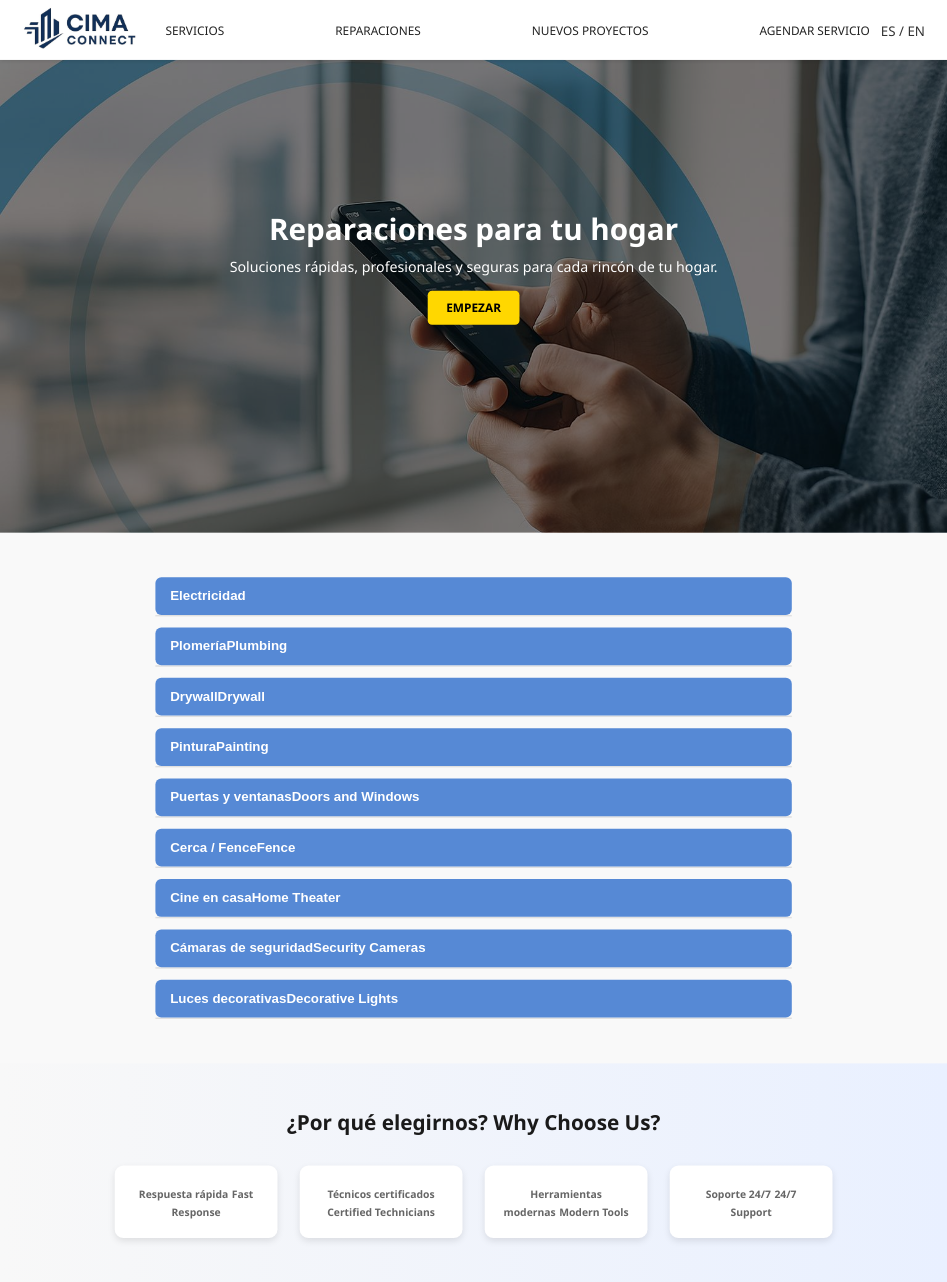
Repository: medranokaren/cima-connect
Page: reparaciones.html
These files come from the project's save history. The page is drawn as it stood at one moment and after the next save; the edit follows.
The browser window is 1280 px wide. The pictures show the whole page, at 74% of full size.

Above is the page before, as saved 2025-07-28 20:10:14.

After the next save:
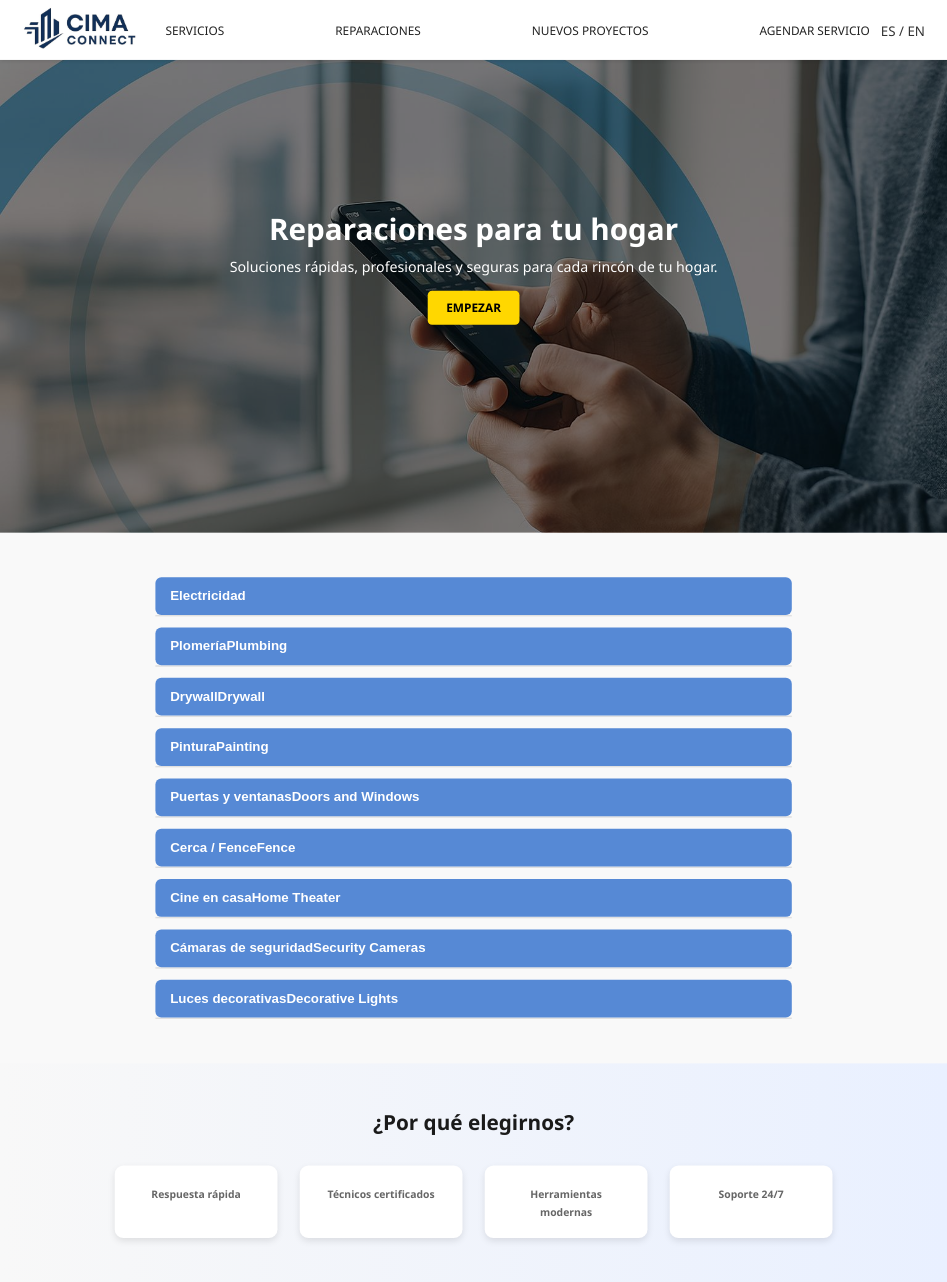
Saved 3 min 52 s later.
--- a/reparaciones.html
+++ b/reparaciones.html
@@ -169,35 +169,35 @@
 <section class="why-choose">
   <h2>
     <span class="es">¿Por qué elegirnos?</span>
-    <span class="en">Why Choose Us?</span>
+    <span class="en" style="display: none;">Why Choose Us?</span>
   </h2>
   <div class="features">
     <div class="feature-box">
       <i class="fas fa-bolt"></i>
       <h3>
         <span class="es">Respuesta rápida</span>
-        <span class="en">Fast Response</span>
+        <span class="en" style="display: none;">Fast Response</span>
       </h3>
     </div>
     <div class="feature-box">
       <i class="fas fa-user-hard-hat"></i>
       <h3>
         <span class="es">Técnicos certificados</span>
-        <span class="en">Certified Technicians</span>
+        <span class="en" style="display: none;">Certified Technicians</span>
       </h3>
     </div>
     <div class="feature-box">
       <i class="fas fa-tools"></i>
       <h3>
         <span class="es">Herramientas modernas</span>
-        <span class="en">Modern Tools</span>
+        <span class="en" style="display: none;">Modern Tools</span>
       </h3>
     </div>
     <div class="feature-box">
       <i class="fas fa-headset"></i>
       <h3>
         <span class="es">Soporte 24/7</span>
-        <span class="en">24/7 Support</span>
+        <span class="en" style="display: none;">24/7 Support</span>
       </h3>
     </div>
   </div>
